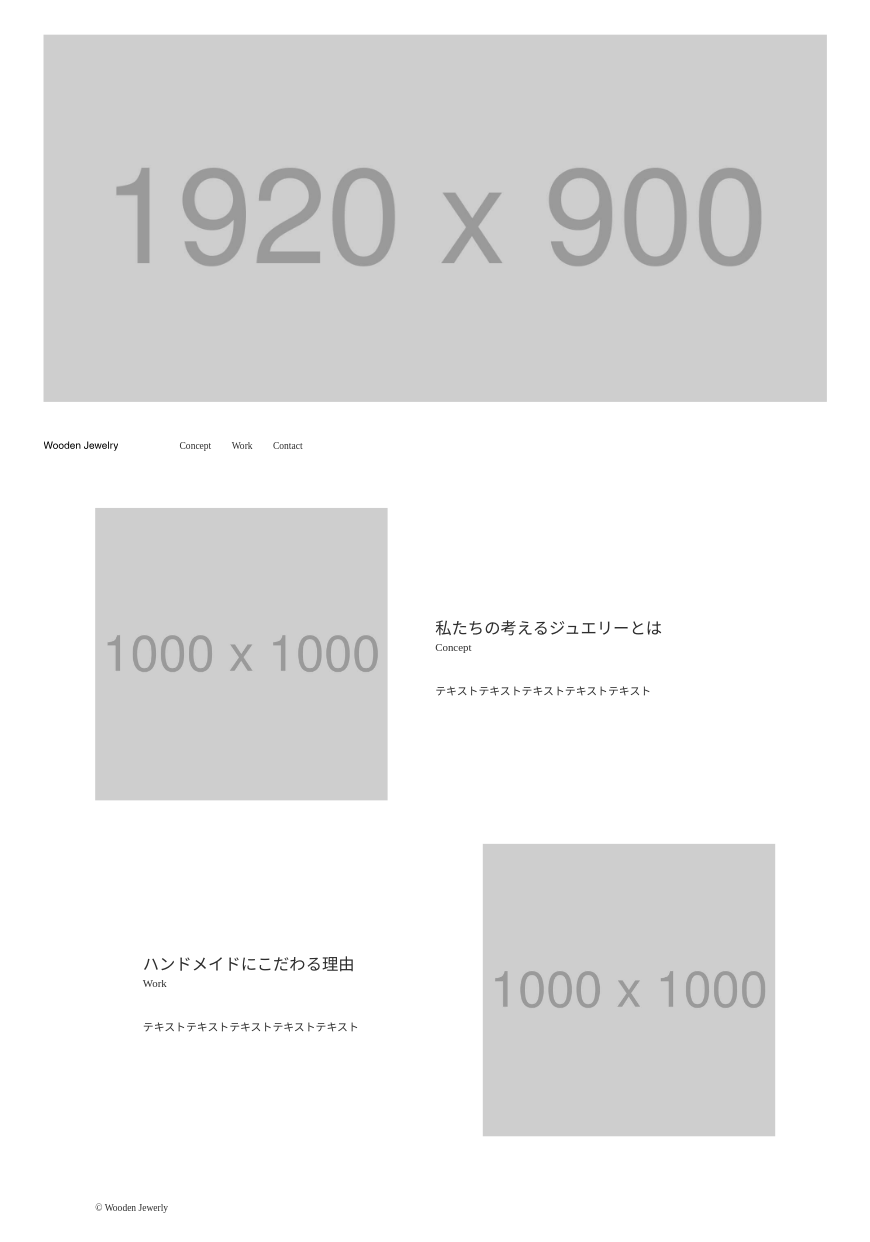
Repository: Fuki-san/jewelry
Page: http://localhost/jewelry
An editor plug-in stored every save of this project. The page is shown before and after the next save, followed by the edit.
The browser window is 1280 px wide. The pictures show the whole page, at 68% of full size.
The page is served by the project's Laravel application, run on PHP 8.4 with Laravel 10. Other server files are loaded and not shown.

Above is the page before, as saved 2023-11-26 15:04:59.

### routes/web.php
<?php

use Illuminate\Support\Facades\Route;

/*
|--------------------------------------------------------------------------
| Web Routes
|--------------------------------------------------------------------------
|
| Here is where you can register web routes for your application. These
| routes are loaded by the RouteServiceProvider and all of them will
| be assigned to the "web" middleware group. Make something great!
|
*/

Route::get('/', function () {
    return view('welcome');
});

Route::get('jewelry', function () {
    return view('jewelry');
});

### resources/views/jewelry.blade.php
@extends('layouts.main')

@section('title', 'jewelry')

@section('content')
    <div id="mainvisual">
        <img src="img/mainvisual.jpg">
    </div>
    <header id="header">
        <h1 class="site-title"><a href="#"><img src="img/logo.svg"></a></h1>
        <nav>
            <ul>
                <li><a href="#concept">Concept</a></li>
                <li><a href="#work">Work</a></li>
                <li><a href="mailto:xxx@xxx.xxx?subject=お問い合わせ">Contact</a></li>
            </ul>
        </nav>
    </header>

    <div class="container">
        <main>
            <section id="concept" class="content">
                <div class="img">
                    <img src="img/concept.jpg">
                </div>
                <div class="text">
                    <h2 class="section-title">私たちの考えるジュエリーとは</h2>
                    <span class="section-title-en">Concept</span>
                    <p>テキストテキストテキストテキストテキスト</p>
                </div>
            </section>

            <section id="work" class="content">
                <div class="text">
                    <h2 class="section-title">ハンドメイドにこだわる理由</h2>
                    <span class="section-title-en">Work</span>
                    <p>テキストテキストテキストテキストテキスト</p>
                </div>
                <div class="img">
                    <img src="img/work.jpg">
                </div>
            </section>
        </main>

        <footer id="footer">

            <p class="copyright">&copy; Wooden Jewerly</p>
        </footer>
    </div>

@endsection

### resources/views/layouts/main.blade.php
<!DOCTYPE html>
<html lang="ja">
<head>
    <meta charset="UTF-8">
    <meta name="viewport" content="width=device-width, initial-scale=1.0">
    <meta http-equiv="X-UA-Compatible" content="ie=edge">
    <link rel="stylesheet" href="{{ asset('css/reset.css') }}">
    <link rel="stylesheet" href="{{ asset('css/style.css') }}">
    <link rel="icon" href="img/favicon.ico">
    <title>@yield('title')</title>
</head>
<body>
    @yield('content')
</body>
</html>

### public/css/style.css
@charset "utf-8";

html{
    font-size: 100%;
}
body{
    font-family: 'Crimson Text', serif;
    color: #2d2d2d;
}
ul{
    list-style: none;
}
a{
    text-decoration: none;
    color:#2d2d2d;
}

img{
    max-width: 100%;
    /* img親のdivのコンテンツラインと子のimgコンテンツラインの下端だけ少し隙間がある。
    その理由は、画像の横にテキストが入力された場合にデフォルトで定まっているvertical-align baseline
    が適応され、英文字のbaseline的に多少の文字の一部が下に出てしまうからであり、今回は文字もかかず、
    子imgと親divの下端の隙間はいらないため、vertical-align bottomで隙間を除去する。
    baselineとbottomの差は微小なので分かりずらいが、例えばgのbaselineはgフォントの下のクルンって
    なっているところの途中で baselineがくるが、bottomならほんとに一番下のクルンのところでくる
    隙間があるかどうかは親divのbackgroundcolorを設定すると分かりやすい */
    vertical-align: buttom;
}

.container{
    margin: 0 auto;
    max-width: 1000px;
    padding: 0 18px;
}

.site-title{
    width: 110px;
    line-height: 1px;
    margin-right: 50px;
}
.site-title a{
    display: block;
}
.section-title{
    font-size: 1.5rem;
    font-weight: normal;
    margin-bottom: 4px;
}

.section-title-en{
    display: inline-block;
    /* スパンタグでもmarginbottom使えるようにするため */
    margin-bottom: 25px;
}

#mainvisual{
    margin: 4% auto 0 auto;
    width: 90vw;
}

#header{
    width: 90vw;
    display: flex;
    align-items: center;
    padding: 32px 0;
    margin: 0 auto 30px auto;
}

#header ul{
    display: flex;
}
#header li{
    margin-right: 30px;
    font-size: 0.875rem;
}
#header li:last-child{
    margin-right: 0;
}
.content{
    display: flex;
    align-items: center;
    margin-bottom: 60px;
}
.content .img{
    width: 50%;
}
.content .text{
    width: 50%;
    padding: 0 7%;
}

#footer {
    display: flex;
    justify-content: space-between;
    font-size: 0.875rem;
    padding: 20px 0;
}
#footer .logo{
    width: 110px;
}

### public/img/logo.svg
<?xml version="1.0" encoding="utf-8"?>
<!-- Generator: Adobe Illustrator 15.1.0, SVG Export Plug-In . SVG Version: 6.00 Build 0)  -->
<!DOCTYPE svg PUBLIC "-//W3C//DTD SVG 1.1//EN" "http://www.w3.org/Graphics/SVG/1.1/DTD/svg11.dtd">
<svg version="1.1" id="レイヤー_1" xmlns="http://www.w3.org/2000/svg" xmlns:xlink="http://www.w3.org/1999/xlink" x="0px"
	 y="0px" width="1000px" height="140px" viewBox="0 0 1000 140" enable-background="new 0 0 1000 140" xml:space="preserve">
<g>
	<path d="M39.405,111.195H25.498L0,13.294h14.317l18.271,79.63h0.273l21.952-79.63h14.454l21.953,79.63h0.273l18.271-79.63h14.59
		l-25.771,97.901H84.674l-22.362-81.13H62.04L39.405,111.195z"/>
	<path d="M160.348,37.837c22.771,0,33.133,19.226,33.133,37.634c0,18.407-10.362,37.633-33.133,37.633
		c-22.771,0-33.134-19.226-33.134-37.633C127.214,57.063,137.577,37.837,160.348,37.837z M160.348,102.741
		c17.18,0,20.726-17.726,20.726-27.27c0-9.545-3.545-27.271-20.726-27.271c-17.181,0-20.725,17.726-20.725,27.271
		C139.623,85.015,143.167,102.741,160.348,102.741z"/>
	<path d="M236.16,37.837c22.771,0,33.133,19.226,33.133,37.634c0,18.407-10.362,37.633-33.133,37.633
		c-22.771,0-33.134-19.226-33.134-37.633C203.026,57.063,213.389,37.837,236.16,37.837z M236.16,102.741
		c17.18,0,20.726-17.726,20.726-27.27c0-9.545-3.545-27.271-20.726-27.271c-17.181,0-20.725,17.726-20.725,27.271
		C215.435,85.015,218.979,102.741,236.16,102.741z"/>
	<path d="M342.105,111.195h-11.318v-9.817h-0.272c-5.182,9.681-13.362,11.863-20.316,11.863c-24.271,0-31.361-22.771-31.361-39.815
		c0-20.044,10.772-35.588,29.724-35.588c12.954,0,18.408,8.045,21.271,12.136l0.273-0.955V13.294h12V111.195z M310.471,102.877
		c7.637,0,19.499-5.044,19.499-23.998c0-11.59-1.909-30.271-19.226-30.271c-18.544,0-19.499,17.59-19.499,26.725
		C291.245,91.015,297.381,102.877,310.471,102.877z"/>
	<path d="M419.28,88.833c-0.408,3.409-3.681,13.499-12.681,19.499c-3.272,2.181-7.908,4.909-19.362,4.909
		c-20.043,0-31.907-15.135-31.907-35.725c0-22.089,10.636-39.679,34.225-39.679c20.589,0,30.679,16.363,30.679,41.588h-52.086
		c0,14.862,6.954,23.452,20.726,23.452c11.317,0,17.998-8.727,18.408-14.044H419.28z M407.827,69.88
		c-0.682-11.044-5.317-21.271-19.907-21.271c-11.045,0-19.771,10.227-19.771,21.271H407.827z"/>
	<path d="M492.638,111.195h-11.999V67.29c0-12.408-3.545-18.681-15.271-18.681c-6.817,0-18.817,4.363-18.817,23.726v38.86h-11.998
		V39.882h11.317v10.09h0.273c2.59-3.818,9.271-12.136,21.543-12.136c11.044,0,24.952,4.5,24.952,24.816V111.195z"/>
	<path d="M554.132,79.697v6.818c0,11.726,5.591,15.953,14.727,15.953c12.271,0,15.68-7.363,15.68-16.908V13.294h13.227v71.449
		c0,22.907-14.999,29.043-28.225,29.043c-22.771,0-27.815-15.272-27.815-24.407v-9.681H554.132z"/>
	<path d="M676.985,88.833c-0.409,3.409-3.682,13.499-12.681,19.499c-3.272,2.181-7.908,4.909-19.362,4.909
		c-20.044,0-31.906-15.135-31.906-35.725c0-22.089,10.636-39.679,34.225-39.679c20.589,0,30.679,16.363,30.679,41.588h-52.086
		c0,14.862,6.954,23.452,20.726,23.452c11.317,0,17.998-8.727,18.407-14.044H676.985z M665.531,69.88
		c-0.681-11.044-5.316-21.271-19.906-21.271c-11.045,0-19.771,10.227-19.771,21.271H665.531z"/>
	<path d="M715.574,111.195h-12.407l-20.59-71.313h13.091l13.634,56.041h0.273l13.771-56.041h13.362l13.908,56.041h0.273
		l14.453-56.041h11.998l-20.725,71.313h-12.409l-14.453-55.223h-0.272L715.574,111.195z"/>
	<path d="M847.153,88.833c-0.409,3.409-3.682,13.499-12.681,19.499c-3.272,2.181-7.908,4.909-19.362,4.909
		c-20.044,0-31.906-15.135-31.906-35.725c0-22.089,10.635-39.679,34.225-39.679c20.589,0,30.679,16.363,30.679,41.588h-52.086
		c0,14.862,6.954,23.452,20.726,23.452c11.317,0,17.998-8.727,18.407-14.044H847.153z M835.699,69.88
		c-0.682-11.044-5.316-21.271-19.906-21.271c-11.045,0-19.771,10.227-19.771,21.271H835.699z"/>
	<path d="M874.695,111.195h-11.998V13.294h11.998V111.195z"/>
	<path d="M906.327,111.195h-11.999V39.882h11.318v11.863h0.271c4.772-8.318,11.045-13.909,20.045-13.909
		c1.499,0,2.181,0.137,3.135,0.409v12.408h-4.499c-11.182,0-18.271,8.727-18.271,19.09V111.195z"/>
	<path d="M986.774,39.882H1000c-8.317,23.316-16.499,46.633-25.634,69.949c-11.317,28.907-12.544,30.543-27.953,30.543
		c-1.772,0-3.135-0.545-5.044-1.091v-10.908c1.499,0.545,3.954,1.227,7.227,1.227c6.272,0,6.954-1.772,12.681-16.499l-26.453-73.221
		h13.636l18.953,58.086h0.273L986.774,39.882z"/>
</g>
</svg>

After the next save:
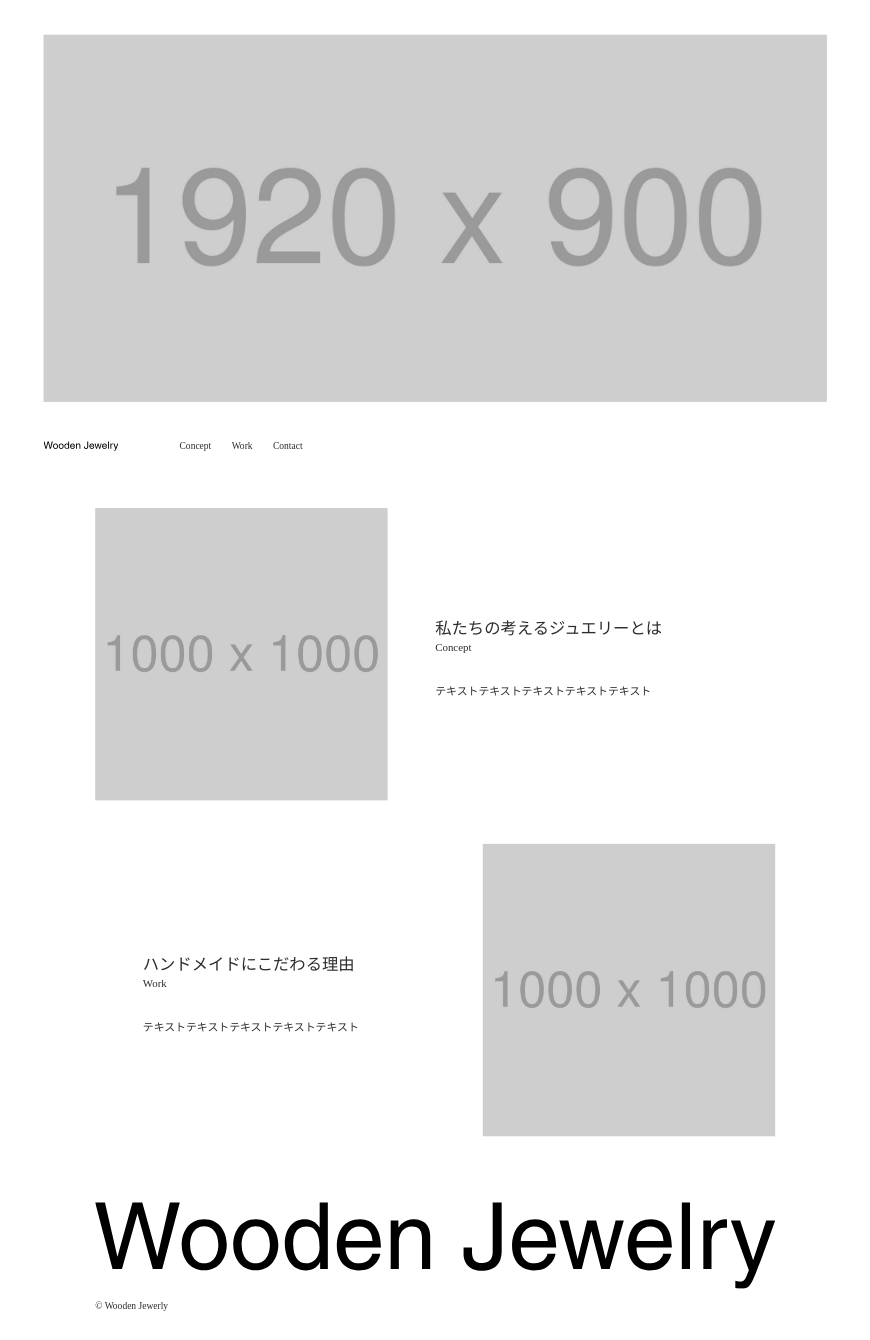
Saved 5 s later.
--- a/resources/views/jewelry.blade.php
+++ b/resources/views/jewelry.blade.php
@@ -43,7 +43,8 @@
         </main>
 
         <footer id="footer">
-
+            <div class="footer-logo">
+                <img src="img/logo.svg">
             <p class="copyright">&copy; Wooden Jewerly</p>
         </footer>
     </div>
